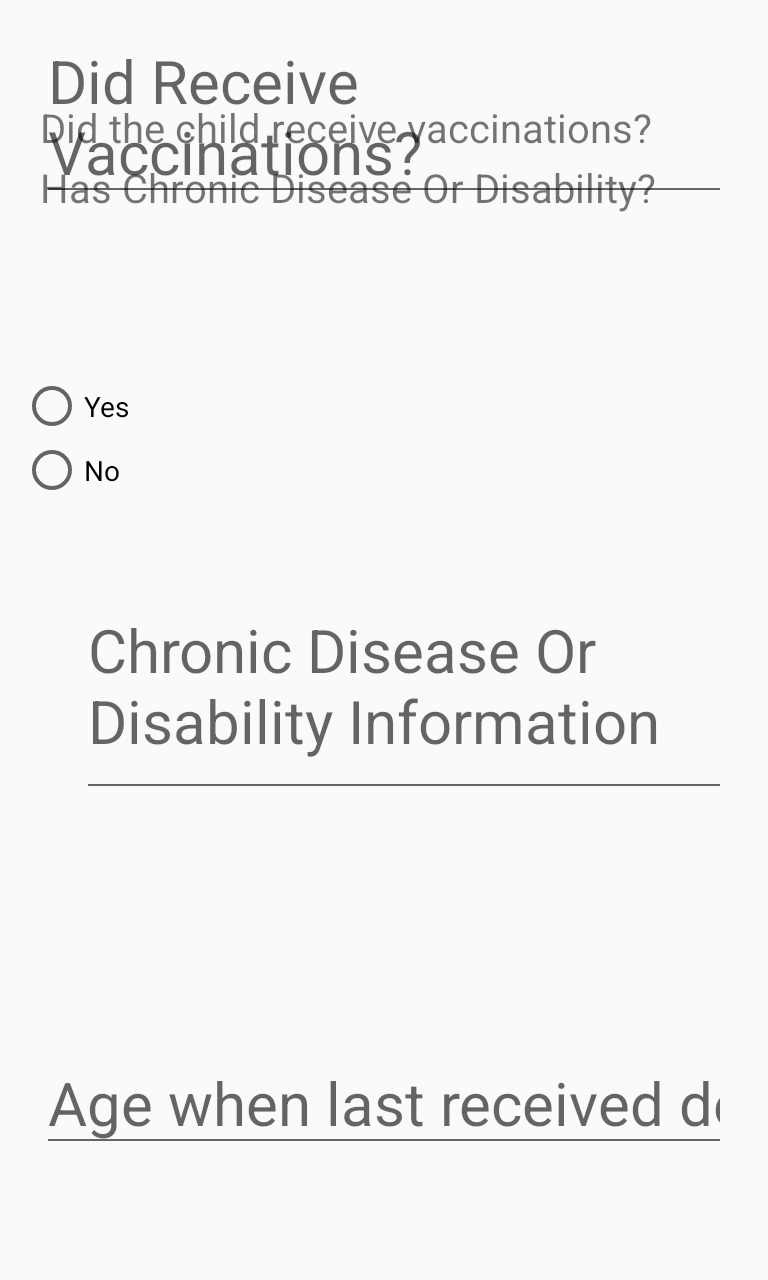
Repository: achavez812/GuatemalaProject2
Layout: GuateMedic-master/GuateMedic/res/layout/fragment_add_new_child_visit3.xml
These files come from the project's save history. The layout is drawn as it stood at one moment and after the next save; the edit follows.
It is drawn on a 768 x 1280 px phone screen (xhdpi) without system bars, with theme AppTheme; the app's code is not run.

Above is the layout before, as saved 2014-07-03 02:27:10.

### GuateMedic-master/GuateMedic/res/layout/fragment_add_new_child_visit3.xml
<?xml version="1.0" encoding="utf-8"?>
<RelativeLayout xmlns:android="http://schemas.android.com/apk/res/android"
    android:layout_width="match_parent"
    android:layout_height="wrap_content">

    <EditText
        android:id="@+id/child_visit3_did_receive_vaccinations"
        android:textSize="30sp"
        android:layout_width="match_parent"
        android:layout_height="wrap_content"
        android:layout_marginTop="10dp"
        android:layout_marginLeft="20dp"
        android:layout_marginRight="20dp"
        android:hint="Did Receive Vaccinations?"
        />

     <TextView android:id="@+id/child_visit3_did_receive_vaccinations"
         android:text="Did the child receive vaccinations?"
         android:layout_width="wrap_content"
         android:layout_height="wrap_content"
         android:textSize="20sp"
         android:layout_marginLeft="20dp"
         android:layout_marginTop="50dp"
         android:layout_alignParentLeft="true"/>

     <RadioGroup
         android:id="@+id/child_visit3_did_receive_vaccinations"
         android:textSize="30sp"
         android:layout_width="match_parent"
         android:layout_height="wrap_content"
         android:layout_centerHorizontal="true"
         android:layout_below="@+id/child_visit3_did_receive_vaccinations"
         android:tag="Child Receive Vaccinations?"
         android:layout_marginBottom="20dp"
         android:layout_marginLeft="20dp"
         >
         <RadioButton
             android:id="@+id/yes_vaccinations"
             android:layout_width="wrap_content"
             android:layout_height="wrap_content"
             android:text="Yes"/>
         <RadioButton
             android:id="@+id/no_vaccinations"
             android:layout_width="wrap_content"
             android:layout_height="wrap_content"
             android:text="No"/>
    </RadioGroup>
    <EditText
        android:id="@+id/child_visit3_vaccination_information"
        android:textSize="30sp"
        android:layout_width="match_parent"
        android:layout_height="120sp"
        android:layout_marginTop="10dp"
        android:layout_marginLeft="40dp"
        android:layout_marginRight="20dp"
        android:layout_below="@+id/child_visit3_did_receive_vaccinations"
        android:layout_marginBottom="20dp"
        android:hint="Vaccination Information"
        />



     <TextView android:id="@+id/child_visit3_has_chronic_disease_or_disability_text"
         android:text="Has Chronic Disease Or Disability?"
         android:layout_width="wrap_content"
         android:layout_height="wrap_content"
         android:textSize="20sp"
         android:layout_marginLeft="20dp"
         android:layout_marginTop="80dp"
         android:layout_alignParentLeft="true"/>


     <RadioGroup
         android:id="@+id/child_visit3_has_chronic_disease_or_disability"
         android:textSize="30sp"
         android:layout_width="match_parent"
         android:layout_height="wrap_content"
         android:layout_centerHorizontal="true"
         android:layout_below="@+id/child_visit3_has_chronic_disease_or_disability_text"
         android:tag="Chronic Disease Information"
         android:layout_marginTop="80dp"
         android:layout_marginBottom="20dp"
         android:layout_marginLeft="20dp"
         >
         <RadioButton
             android:id="@+id/yes_has_chronic_disease"
             android:layout_width="wrap_content"
             android:layout_height="wrap_content"
             android:text="Yes"/>
         <RadioButton
             android:id="@+id/no_has_chronic_disease"
             android:layout_width="wrap_content"
             android:layout_height="wrap_content"
             android:text="No"/>
    </RadioGroup>

    <EditText
        android:id="@+id/child_visit3_chronic_disease_or_disability_information"
        android:textSize="30sp"
        android:layout_width="match_parent"
        android:layout_height="120sp"
        android:layout_marginTop="10dp"
        android:layout_marginLeft="40dp"
        android:layout_marginRight="20dp"
        android:layout_below="@+id/child_visit3_has_chronic_disease_or_disability"
        android:layout_marginBottom="20dp"
        android:hint="Chronic Disease Or Disability Information"
        />





      <EditText
        android:id="@+id/child_visit3_age_last_received_deparasiting_medicine"
        android:textSize="30sp"
        android:layout_width="match_parent"
        android:layout_height="wrap_content"
        android:layout_marginTop="100dp"
        android:layout_marginLeft="20dp"
        android:layout_marginBottom="20dp"
        android:inputType="number"
        android:layout_marginRight="20dp"
        android:layout_below="@+id/child_visit3_chronic_disease_or_disability_information"
        android:hint="Age when last received deparasiting medicine?"
        />
      <TextView
          android:layout_height="0dp"
          android:layout_width="0dp"
          android:layout_margin="20dp"
          android:layout_below="@+id/child_visit3_age_last_received_deparasiting_medicine"/>
</RelativeLayout>

### GuateMedic-master/GuateMedic/res/values/styles.xml
<resources xmlns:android="http://schemas.android.com/apk/res/android">

    <!--
        Base application theme, dependent on API level. This theme is replaced
        by AppBaseTheme from res/values-vXX/styles.xml on newer devices.
    -->

    <!-- Application theme. -->
    <style name="AppTheme" parent="@style/Theme.AppCompat.Light.DarkActionBar">
        <!-- All customizations that are NOT specific to a particular API-level can go here. -->
    	<item name="android:typeface">sans</item>
        <item name="actionBarStyle">@style/MyActionBar</item>
    	<item name="android:actionBarStyle">@style/MyActionBar</item>
    	<item name="android:actionOverflowButtonStyle">@style/OverFlow</item>
    	<item name="android:popupMenuStyle">@style/MyPopupMenu</item>
    	<item name="popupMenuStyle">@style/MyPopupMenu</item>
        <item name="android:panelBackground">#004d6b</item>
         <item name="android:itemTextAppearance">@style/myCustomMenuTextApearance</item>

    </style>
       <style name="myCustomMenuTextApearance" parent="@android:style/TextAppearance.Widget.IconMenu.Item">
        <item name="android:textColor">#FFFFFF</item>
        <item name="android:textSize">20sp</item>

    </style>
    <style name="MyActionBar" parent="@style/Widget.AppCompat.Light.ActionBar.Solid.Inverse">
        <item name="android:background">#004d6b</item>
        <item name="android:titleTextStyle">@style/TitleText</item>



    </style>

    <style name ="MyPopupMenu" parent="android:Theme.Holo.Light">
        <item name="android:popupBackground">#004d6b</item>
    </style>

    <style name="OverFlow" parent="@android:style/Widget.Holo.ActionButton.Overflow">
    	<item name="android:src">@drawable/ic_action_overflow</item>
	</style>
    <style name="TitleText">
        <item name="android:textColor">#FFFFFF</item>
        <item name="android:typeface">sans</item>
        <item name="android:textSize">30sp</item>

    </style>
	<!--
	<style name="HomePage" parent="AppTheme">
	<item name="android:background"> @drawable/guatemala_home_bg </item>
	</style>
	    -->





</resources>

After the next save:
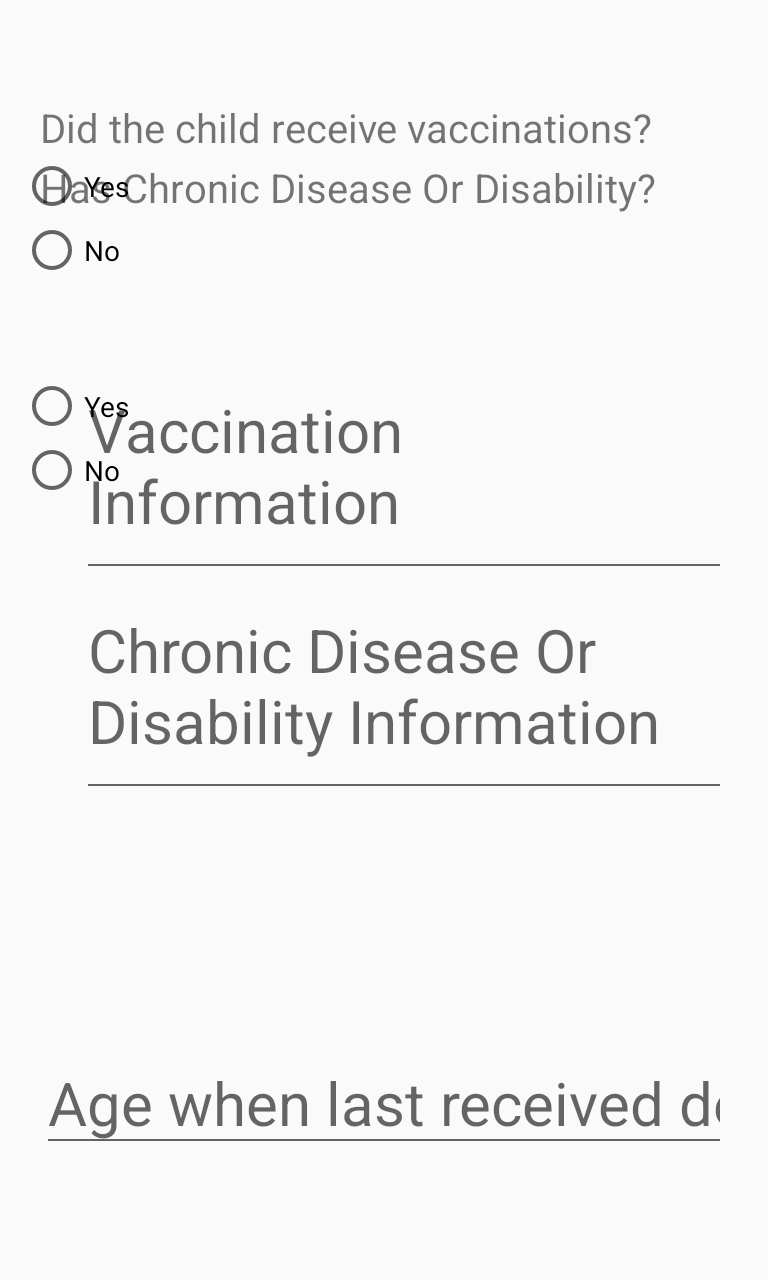
Saved 40 s later.
--- a/GuateMedic-master/GuateMedic/res/layout/fragment_add_new_child_visit3.xml
+++ b/GuateMedic-master/GuateMedic/res/layout/fragment_add_new_child_visit3.xml
@@ -3,18 +3,9 @@
     android:layout_width="match_parent"
     android:layout_height="wrap_content">
 
-    <EditText
-        android:id="@+id/child_visit3_did_receive_vaccinations"
-        android:textSize="30sp"
-        android:layout_width="match_parent"
-        android:layout_height="wrap_content"
-        android:layout_marginTop="10dp"
-        android:layout_marginLeft="20dp"
-        android:layout_marginRight="20dp"
-        android:hint="Did Receive Vaccinations?"
-        />
 
-     <TextView android:id="@+id/child_visit3_did_receive_vaccinations"
+
+     <TextView android:id="@+id/child_visit3_did_receive_vaccinations_text"
          android:text="Did the child receive vaccinations?"
          android:layout_width="wrap_content"
          android:layout_height="wrap_content"
@@ -29,7 +20,7 @@
          android:layout_width="match_parent"
          android:layout_height="wrap_content"
          android:layout_centerHorizontal="true"
-         android:layout_below="@+id/child_visit3_did_receive_vaccinations"
+         android:layout_below="@+id/child_visit3_did_receive_vaccinations_text"
          android:tag="Child Receive Vaccinations?"
          android:layout_marginBottom="20dp"
          android:layout_marginLeft="20dp"
